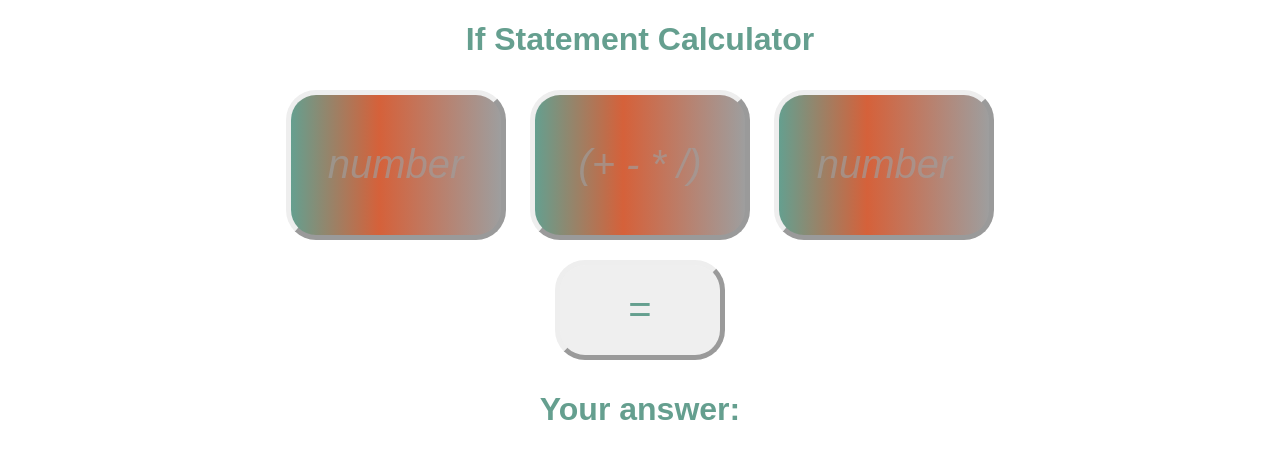
Repository: WesleyErasmus/threeInputCalculator
Page: html/if-calculator.html
An editor plug-in stored every save of this project. The page is shown before and after the next save, followed by the edit.
The browser window is 1280 px wide. The pictures show the whole page.

Above is the page before, as saved 2022-04-27 22:54:51.

After the next save:
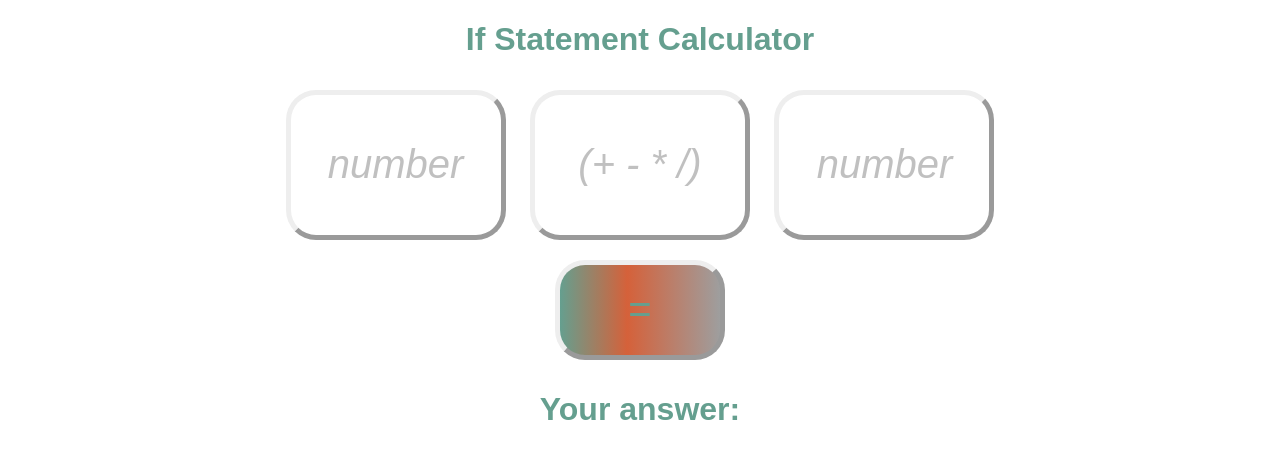
Saved 11 s later.
--- a/css/stylesheet.css
+++ b/css/stylesheet.css
@@ -10,8 +10,6 @@ display: block;
 margin: 0 auto;
 }
 input {
-    background: rgb(101,159,143);
-background: linear-gradient(90deg, rgba(101,159,143,1) 0%, rgba(213,97,58,1) 42%, rgba(158,158,158,1) 100%);
     width: 170px;
     height: 100px;
     padding: 20px;
@@ -22,6 +20,8 @@ background: linear-gradient(90deg, rgba(101,159,143,1) 0%, rgba(213,97,58,1) 42%
     border: 5px outset;
 }
 button {
+    background: rgb(101,159,143);
+background: linear-gradient(90deg, rgba(101,159,143,1) 0%, rgba(213,97,58,1) 42%, rgba(158,158,158,1) 100%);
     color: #659f8f;
     width: 170px;
     height: 100px;
